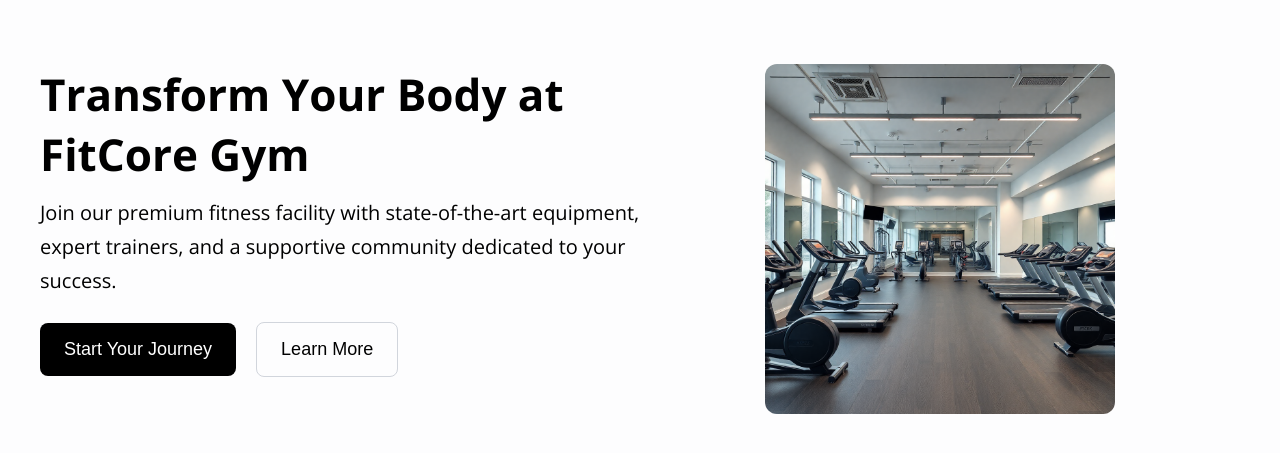
Repository: abdobadawi-ops/Route-Academy-Assignments
Page: Secon Assignment - fit-core-gym/index.html
These files come from the project's save history. The page is drawn as it stood at one moment and after the next save; the edit follows.
The browser window is 1280 px wide. The pictures show the whole page.

Above is the page before, as saved 2026-04-28 12:33:59.

### Secon Assignment - fit-core-gym/index.html
<!doctype html>
<html lang="en">
  <head>
    <meta charset="UTF-8" />
    <meta name="viewport" content="width=device-width, initial-scale=1.0" />
    <title>FitCore Gym | Assignment 2</title>
    <link rel="shortcut icon" href="./imgs/favicon.png" type="image/x-icon" />
    <link rel="preconnect" href="https://fonts.googleapis.com" />
    <link rel="preconnect" href="https://fonts.gstatic.com" crossorigin />
    <link
      href="https://fonts.googleapis.com/css2?family=Open+Sans:ital,wght@0,300..800;1,300..800&display=swap"
      rel="stylesheet"
    />
    <link rel="stylesheet" href="./style.css" />
  </head>
  <body>
    <header>
      <div class="container grid-2-cols">
        <div class="left">
          <h1>Transform Your Body at FitCore Gym</h1>
          <p>
            Join our premium fitness facility with state-of-the-art equipment,
            expert trainers, and a supportive community dedicated to your
            success.
          </p>
          <div class="buttons">
            <button class="btn btn--main">Start Your Journey</button>
            <button class="btn btn--alt">Learn More</button>
          </div>
        </div>
        <img src="./imgs/hero-section-img.png" alt="fitcore gym" />
      </div>
    </header>
  </body>
</html>

### Secon Assignment - fit-core-gym/style.css
:root {
  --main-color: #000;
  --section-color: oklch(98.5% 0.002 247.839);
}

* {
  box-sizing: border-box;
  margin: 0;
  padding: 0;
}

body {
  font-family: "Open Sans", sans-serif;
}

.container {
  width: 1200px;
  margin-inline: auto;
}

header {
  background-color: #fdfdfe;
  padding-block: 64px;
  & h1 {
    font-size: 44px;
  }

  p {
    font-size: 20px;
    line-height: 1.7;
    margin-top: 12px;
    margin-bottom: 24px;
  }

  .btn {
    background: none;
    border: none;
    font-size: 18px;
    color: #fff;
    padding: 16px 24px;
    border-radius: 8px;
    cursor: pointer;
  }

  .buttons {
    display: flex;
    align-items: center;
    gap: 20px;
  }

  .btn--main {
    background-color: var(--main-color);
  }

  .btn--alt {
    background-color: #fdfdfe;
    color: #000;
    border: 1px solid #d1d5dc;
  }

  img {
    width: 350px;
    align-self: center;
    justify-self: center;
    border-radius: 12px;
  }
}

.grid-2-cols {
  display: grid;
  grid-template-columns: repeat(2, 1fr);
}

After the next save:
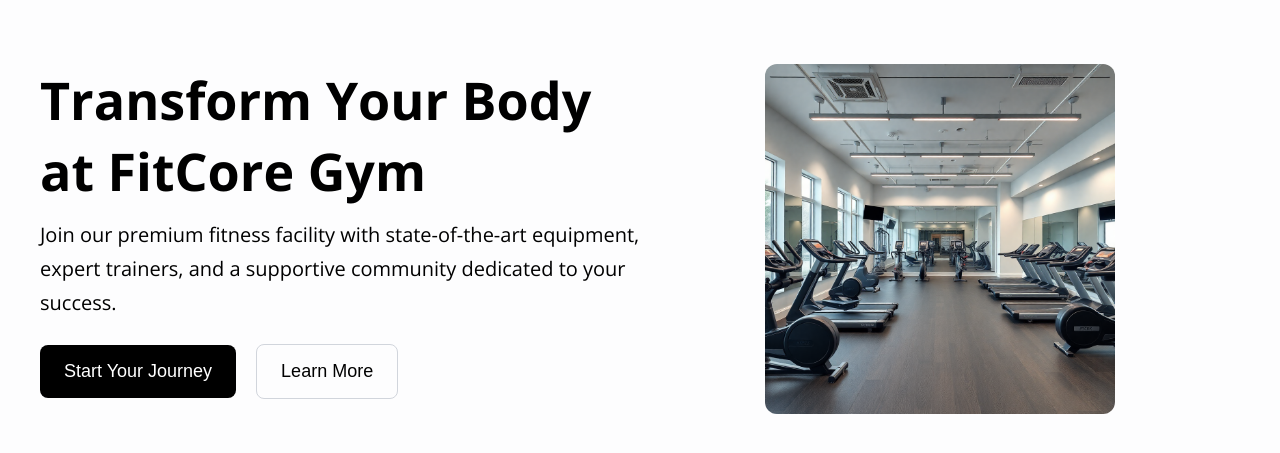
Saved 6 s later.
--- a/Secon Assignment - fit-core-gym/style.css
+++ b/Secon Assignment - fit-core-gym/style.css
@@ -22,7 +22,7 @@
   background-color: #fdfdfe;
   padding-block: 64px;
   & h1 {
-    font-size: 44px;
+    font-size: 52px;
   }
 
   p {
